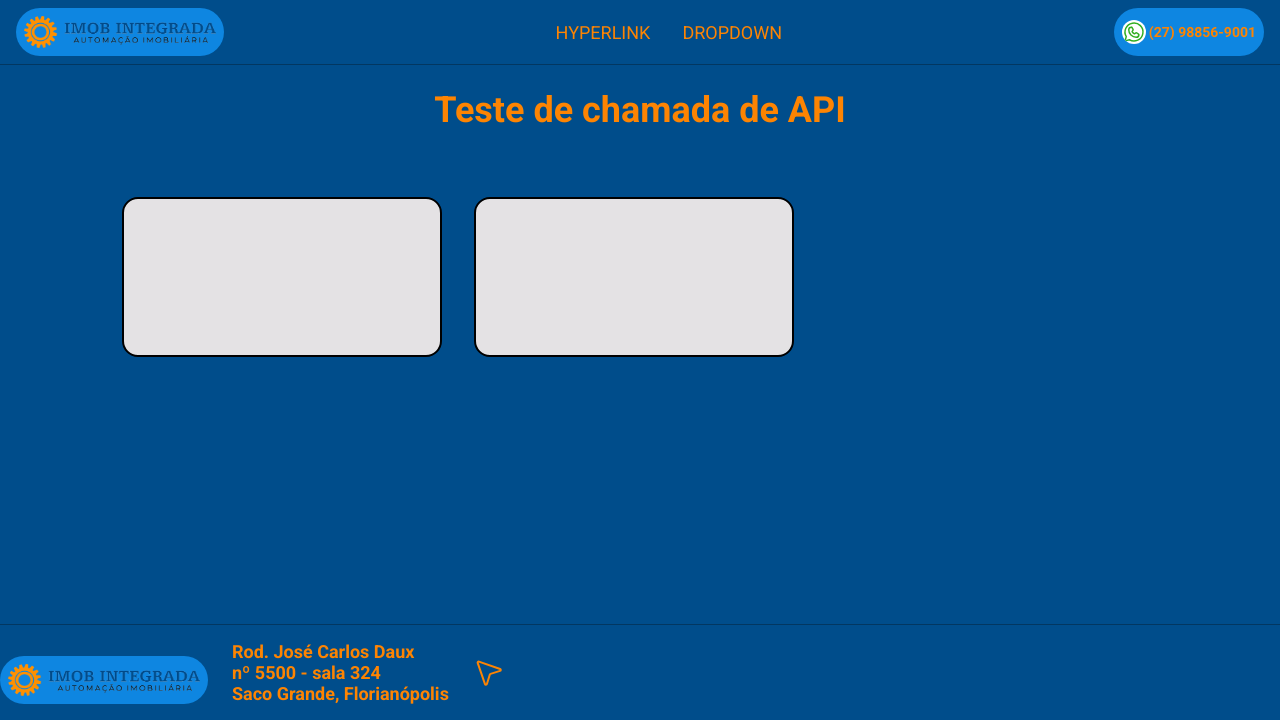
Repository: K0slov/testeAPI
Page: /
The author's editor kept a copy of each file at every save. The page is drawn from the files as they stood at one save, then again after the next save.
The browser window is 1280 px wide. The pictures show the whole page.
The page's requests for data from a server got no answer. The project was rebuilt for these pictures with package versions that can differ from the ones it lists, and the page was loaded fresh each time. No one was signed in, and anything a server would have sent is missing. Also part of the build but not shown: vite.config.ts, src/components/SelectBar/styles.css, src/components/SelectBar/selectBar.tsx.

Above is the page before, as saved 2022-06-28 16:16:28.

After the next save:
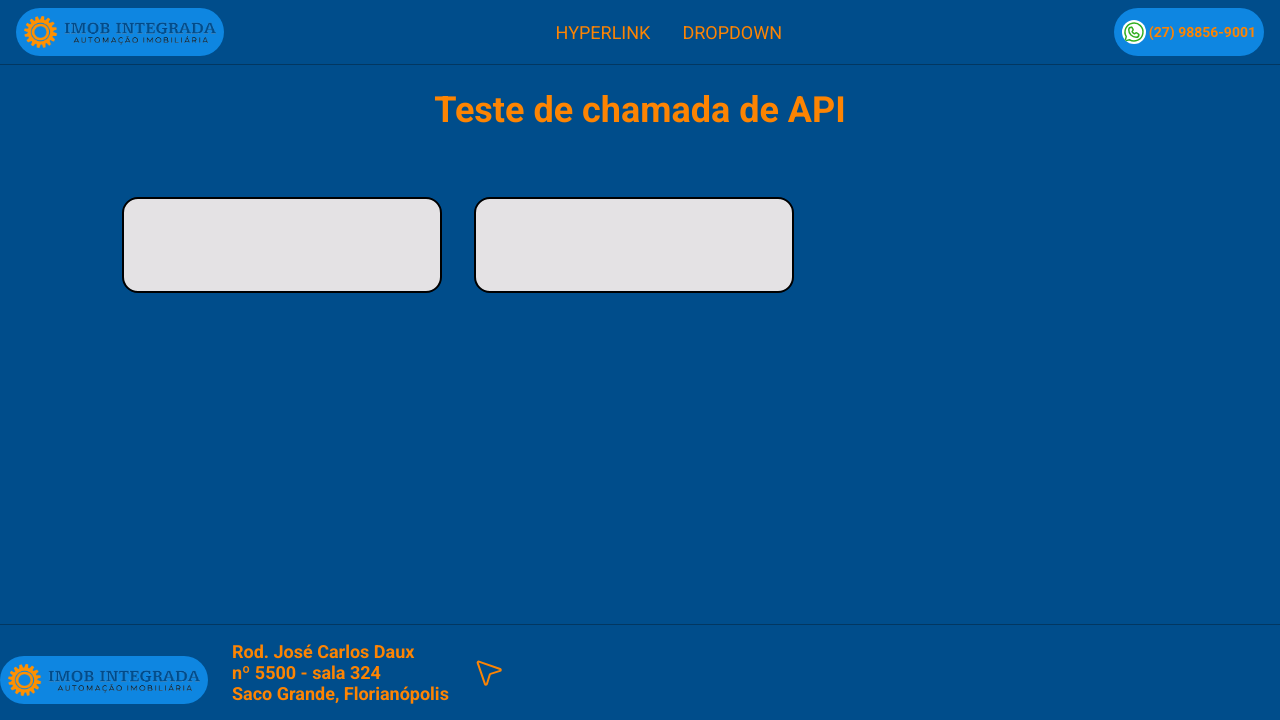
Saved 7 s later.
--- a/src/components/Card/style.css
+++ b/src/components/Card/style.css
@@ -1,6 +1,6 @@
 .card {
     width: 20rem;
-    height: 10rem;
+    height: 6rem;
     display: flex;
     border: 2px solid;
     border-radius: 1rem;
